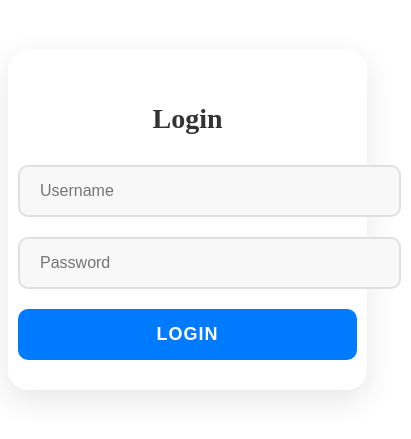
Repository: mdmisri/needy-talk
Page: /login (app in frontend/talk-d1/)
The author's editor kept a copy of each file at every save. The page is drawn from the files as they stood at one save, then again after the next save.
The browser window is 375 px wide. The page is 411 px wide, so the pictures cover 411 px, including what lies to the right of the window. The pictures show the whole page.
The page's requests for data from a server got no answer. The project was rebuilt for these pictures with package versions that can differ from the ones it lists, and the page was loaded fresh each time. No one was signed in, and anything a server would have sent is missing. Also part of the build but not shown: frontend/talk-d1/src/components/Register/Register.css, frontend/talk-d1/src/components/Register/Register.js, frontend/talk-d1/src/conversationUtils.js, frontend/talk-d1/src/hooks/useConversation.js, frontend/talk-d1/src/components/Chat/styles/Message.css, frontend/talk-d1/src/components/Chat/Message.js, frontend/talk-d1/src/components/Chat/ChatBox.js, frontend/talk-d1/src/components/Chat/AdminChatBox.js and 3 more.

Above is the page before, as saved 2024-07-28 14:50:57.

After the next save:
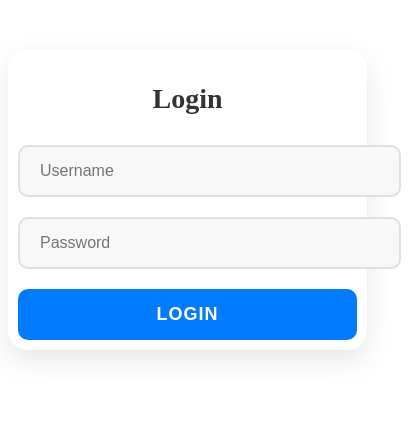
Saved 12 s later.
--- a/frontend/talk-d1/src/components/Login/Login.css
+++ b/frontend/talk-d1/src/components/Login/Login.css
@@ -70,6 +70,6 @@
 
 @media (max-width: 480px) {
     .login-container {
-        padding: 30px 10px;
+        padding: 10px 10px;
     }
 }
